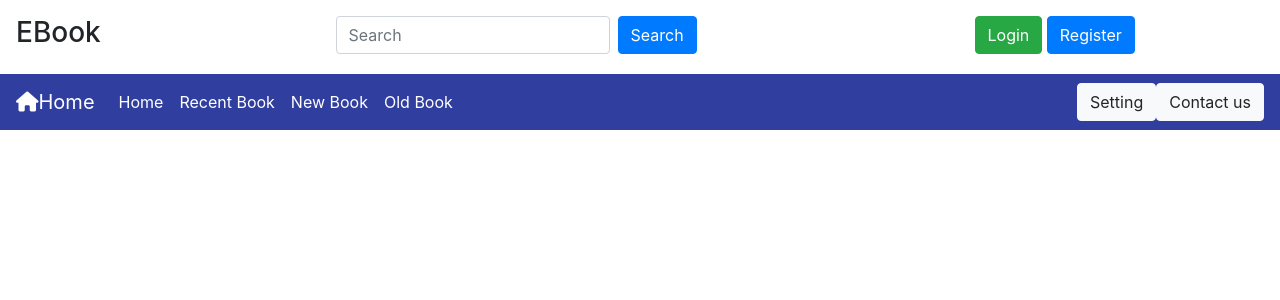
Repository: DaoThanhLam/eProjectKy4
Page: http://localhost/bookma_pro/
An editor plug-in stored every save of this project. The page is shown before and after the next save, followed by the edit.
The browser window is 1280 px wide. The pictures show the whole page.
Some web libraries are served in a nearby version. The page is served by Tomcat 9.

Above is the page before, as saved 2024-11-14 01:28:19.

After the next save:
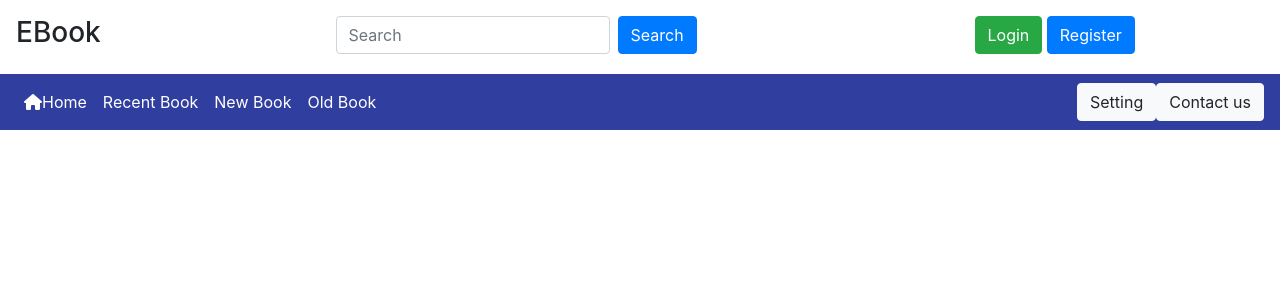
Saved 67 s later.
--- a/bookma_pro/src/main/webapp/components/navbar.jsp
+++ b/bookma_pro/src/main/webapp/components/navbar.jsp
@@ -19,7 +19,6 @@
 </div>
 
 <nav class="navbar navbar-expand-lg navbar-dark bg-custom">
-  <a class="navbar-brand" href="#"><i class="fas fa-home"></i>Home</a>
   <button class="navbar-toggler" type="button" data-toggle="collapse" data-target="#navbarSupportedContent" aria-controls="navbarSupportedContent" aria-expanded="false" aria-label="Toggle navigation">
     <span class="navbar-toggler-icon"></span>
   </button>
@@ -27,7 +26,9 @@
   <div class="collapse navbar-collapse" id="navbarSupportedContent">
     <ul class="navbar-nav mr-auto">
       <li class="nav-item active">
-        <a class="nav-link" href="#">Home <span class="sr-only">(current)</span></a>
+        <a class="nav-link" href="#">
+        	<i class="fas fa-home"></i>Home <span class="sr-only">(current)</span>
+        </a>
       </li>
       <li class="nav-item active">
         <a class="nav-link" href="#">Recent Book</a>
